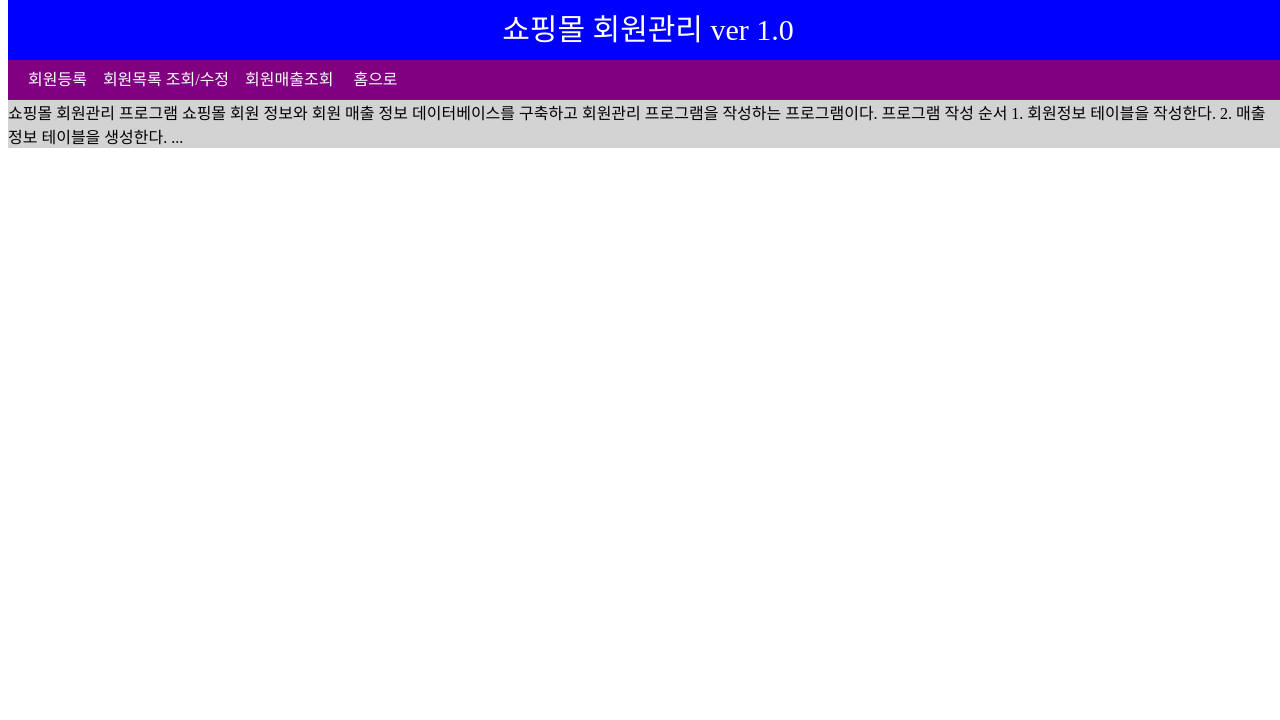
Repository: haileylee94/mini-project
Page: http://localhost/hrd/
The author's editor kept a copy of each file at every save. The page is drawn from the files as they stood at one save, then again after the next save.
The browser window is 1280 px wide. The pictures show the whole page.
The page is served by Tomcat 9. Other server files are loaded and not shown.

Above is the page before, as saved 2022-11-17 10:23:26.

### hrd/WebContent/index.jsp
<%@ page language="java" contentType="text/html; charset=UTF-8"
    pageEncoding="UTF-8"%>
<!DOCTYPE html>
<html>
<head>
<meta charset="UTF-8">
<title>index</title>
<style type="text/css">
	header{
		position:fixed;
		top:0px;
		width:100%;
		height: 60px;
		background-color: blue;
		color: white;
		text-align: center;
		line-height: 60px;
		font-size: 30px;
	}
	nav{
		position: fixed;
		top: 60px;
		width: 100%;
		height: 40px;
		background-color: purple;
		line-height: 40px;
		padding-left: 20px;
		color: #fff;
	}
	section{
		position: fixed;
		top: 100px;
		background-color: lightgray;
	}
</style>
</head>
<body>
	<header>
		쇼핑몰 회원관리 ver 1.0
	</header>
	<nav>
		회원등록 &nbsp;&nbsp;	회원목록 조회/수정 &nbsp;&nbsp;	회원매출조회 &nbsp;&nbsp;&nbsp;	홈으로
	</nav>
	<section>
		쇼핑몰 회원관리 프로그램
		쇼핑몰 회원 정보와 회원 매출 정보 데이터베이스를 구축하고 회원관리 프로그램을 작성하는 프로그램이다.
		프로그램 작성 순서
		1. 회원정보 테이블을 작성한다.
		2. 매출정보 테이블을 생성한다.
		...
	</section>
</body>
</html>

After the next save:
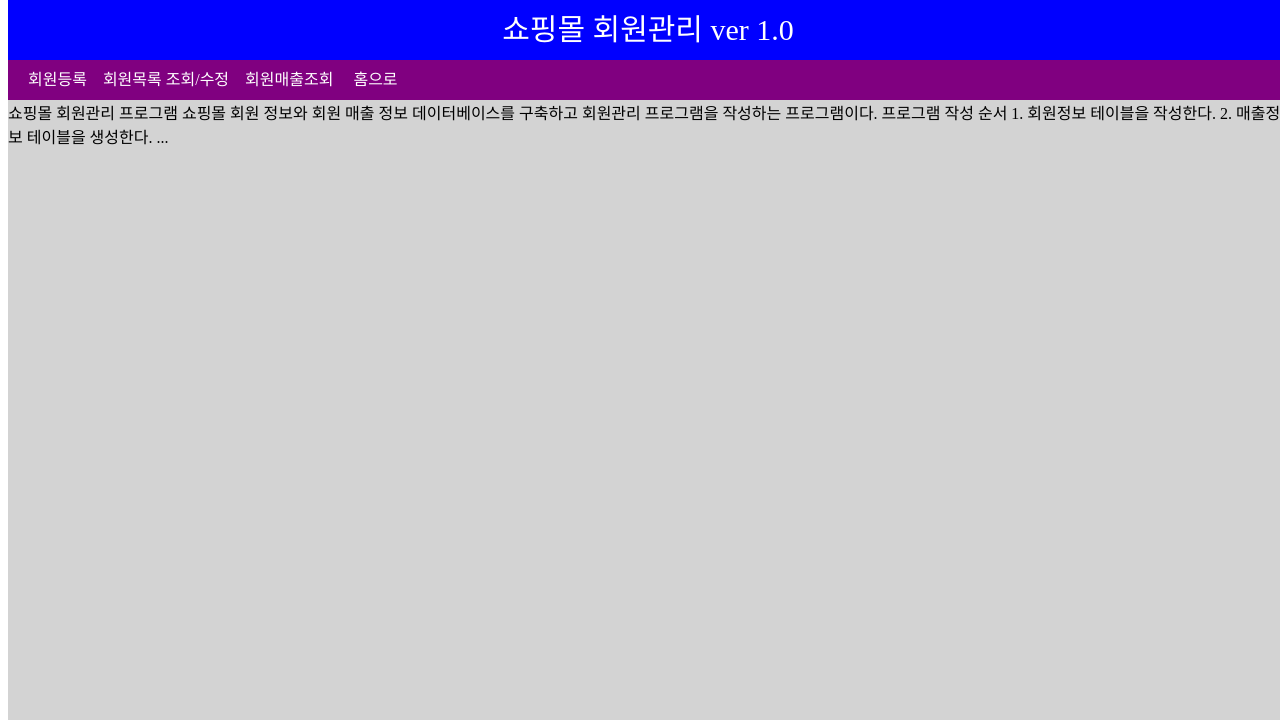
Saved 25 s later.
--- a/hrd/WebContent/index.jsp
+++ b/hrd/WebContent/index.jsp
@@ -31,6 +31,8 @@
 		position: fixed;
 		top: 100px;
 		background-color: lightgray;
+		height: 100%;
+		width: 100%;
 	}
 </style>
 </head>
